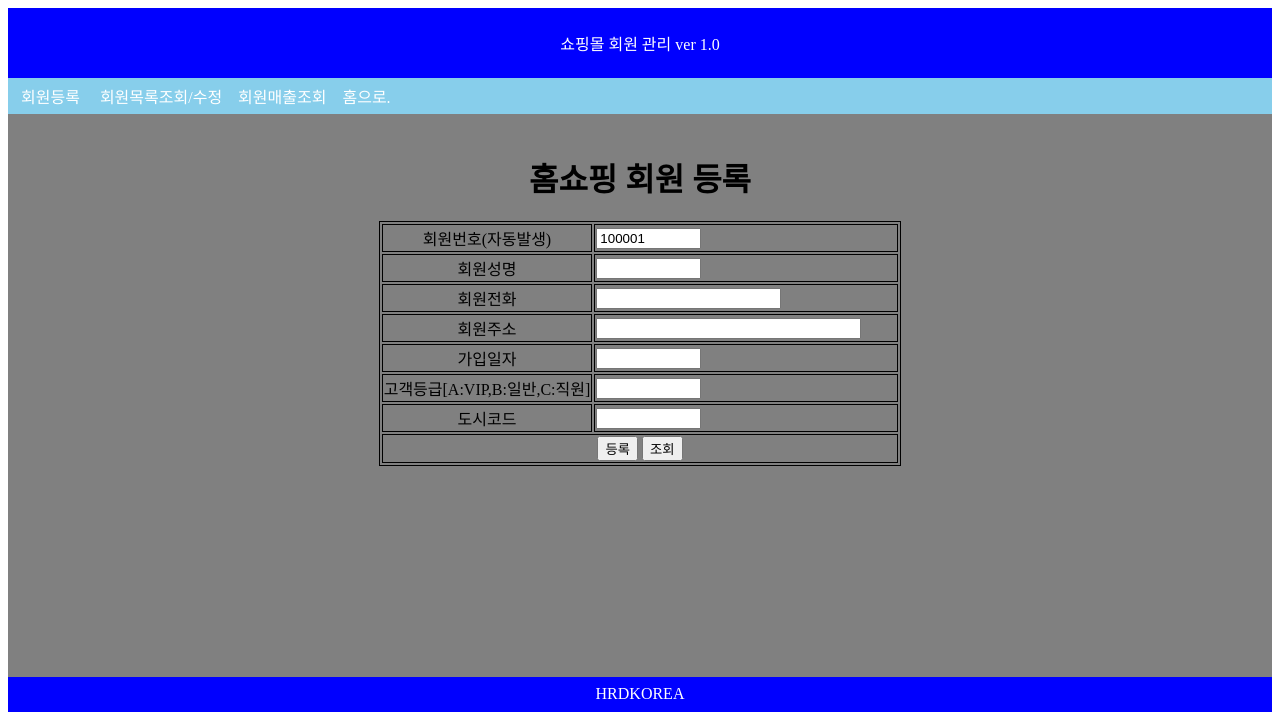
Repository: choigobin/Programming
Page: http://localhost/HRD_1118/insert.jsp
An editor plug-in stored every save of this project. The page is shown before and after the next save, followed by the edit.
The browser window is 1280 px wide. The pictures show the whole page.
The page is served by Tomcat 9. Queries for data that is not in the repository find no rows.

Above is the page before, as saved 2019-11-18 07:54:04.

### YangJung/workspace/HRD_1118/WebContent/insert.jsp
<%@page import="java.sql.SQLException"%>
<%@page import="java.sql.DriverManager"%>
<%@page import="java.sql.ResultSet"%>
<%@page import="java.sql.PreparedStatement"%>
<%@page import="java.sql.Connection"%>
<%@ page language="java" contentType="text/html; charset=UTF-8"
    pageEncoding="UTF-8"%>
<html>
<head>
<%
Connection conn = null;
PreparedStatement pstmt = null;
ResultSet rs = null;
request.setCharacterEncoding("utf-8");
Class.forName("oracle.jdbc.OracleDriver");
conn = DriverManager.getConnection("jdbc:oracle:thin:@//localhost:1521/testdb", "scott", "1234");
int x = 100001;
try{
	String sql = "select count(1) from member_tbl_02";
	pstmt = conn.prepareStatement(sql);
	rs = pstmt.executeQuery();
	if(rs.next()){
		x=x+rs.getInt(1);
	}
}catch(SQLException e){
	System.out.print(e.getMessage());
}finally{
	if(rs!=null) rs.close();
	if(pstmt!=null) pstmt.close();
	if(conn!=null) conn.close();
}
%>
<style>
#tb1{
	height: 100%; width:100%;
	border-collapse: collapse;
	border: solid 0px;
	}
#t1{
	border: solid 0px;
	}
tr,td{
	border: solid black 1px;
	}
#tb2{
	border-collapse: separate;
	border: solid black 1px;
	}
a{
	color: white;
	text-decoration: none;
}
</style>
<script type="text/javascript">
function check1() {
	if(document.form.custname.value==""){
		alert("회원 성명이 입력되지 않았습니다.");
		document.form.custname.focus();
	}
	else{
		document.form.submit;
	}
}

</script>
<meta charset="UTF-8">
<title>Insert title here</title>
</head>
<body>
<table id="tb1">
<jsp:include page="header.jsp"/>
<jsp:include page="nav.jsp"/>
<tr id="t1">
<td id="t1" valign="top" bgcolor="gray">
<br />
<h1 align="center">홈쇼핑 회원 등록</h1>
<form name="form" method="get" action="SQL_insert.jsp">
<table id="tb2" align="center">
<tr>
	<td style="text-align: center;">
		회원번호(자동발생)
	</td>
	<td width="300">
		<input type="text" size="10" name=custno value="<%=x%>">
	</td>
</tr>
<tr>
	<td style="text-align: center;">
		회원성명
	</td>
	<td>
		<input type="text" size="10" name=custname>
	</td>
</tr>
<tr>
	<td style="text-align: center;">
		회원전화
	</td>
	<td>
		<input type="text" size="20" name=phone>
	</td>
</tr>
<tr>
	<td style="text-align: center;">
		회원주소
	</td>
	<td>
		<input type="text" size="30" name=address>
	</td>
</tr>
<tr>
	<td style="text-align: center;">
		가입일자
	</td>
	<td>
		<input type="text" size="10" name=joindate>
	</td>
</tr>
<tr>
	<td style="text-align: center;">
		고객등급[A:VIP,B:일반,C:직원]
	</td>
	<td>
		<input type="text" size="10" name=grade>
	</td>
</tr>
<tr>
	<td style="text-align: center;">
		도시코드
	</td>
	<td>
		<input type="text" size="10" name=city>
	</td>
</tr>
<tr>
<td colspan="2" style="text-align: center;" >
	<input type="submit" value="등록" onclick="javascript:check1()">
	<input type="button" value="조회" onclick="location.href='SQL_select.jsp'">
</td>
</tr>
</table>
</form>
</td>
</tr>
<jsp:include page="footer.jsp"/>
</table>
</body>
</html>

### YangJung/workspace/HRD_1118/WebContent/header.jsp
<%@ page language="java" contentType="text/html; charset=UTF-8"
    pageEncoding="UTF-8"%>
<tr id="t1" height="10%">
<td id="t1" bgcolor="blue" align="center">
<span style="color: white; font-size:'20px';">쇼핑몰 회원 관리 ver 1.0</span>
</td>
</tr>

### YangJung/workspace/HRD_1118/WebContent/nav.jsp
<%@ page language="java" contentType="text/html; charset=UTF-8"
    pageEncoding="UTF-8"%>
<tr id="t1" height="5%">
<td id="t1" bgcolor="skyblue" align="left">
<span style="color: white;">&nbsp&nbsp
	<a href="insert.jsp">회원등록</a> &nbsp&nbsp&nbsp
	<a href="SQL_select.jsp">회원목록조회/수정</a>&nbsp&nbsp&nbsp
	<a href="#">회원매출조회</a>&nbsp&nbsp&nbsp
	<a href="index.jsp">홈으로.</a>&nbsp&nbsp&nbsp
</span>
</td>
</tr>

### YangJung/workspace/HRD_1118/WebContent/footer.jsp
<%@ page language="java" contentType="text/html; charset=UTF-8"
    pageEncoding="UTF-8"%>
<tr id="t1" height="5%">
<td id="t1" bgcolor="blue" align="center">
<span style="color: white;">HRDKOREA</span>
</td>
</tr>

After the next save:
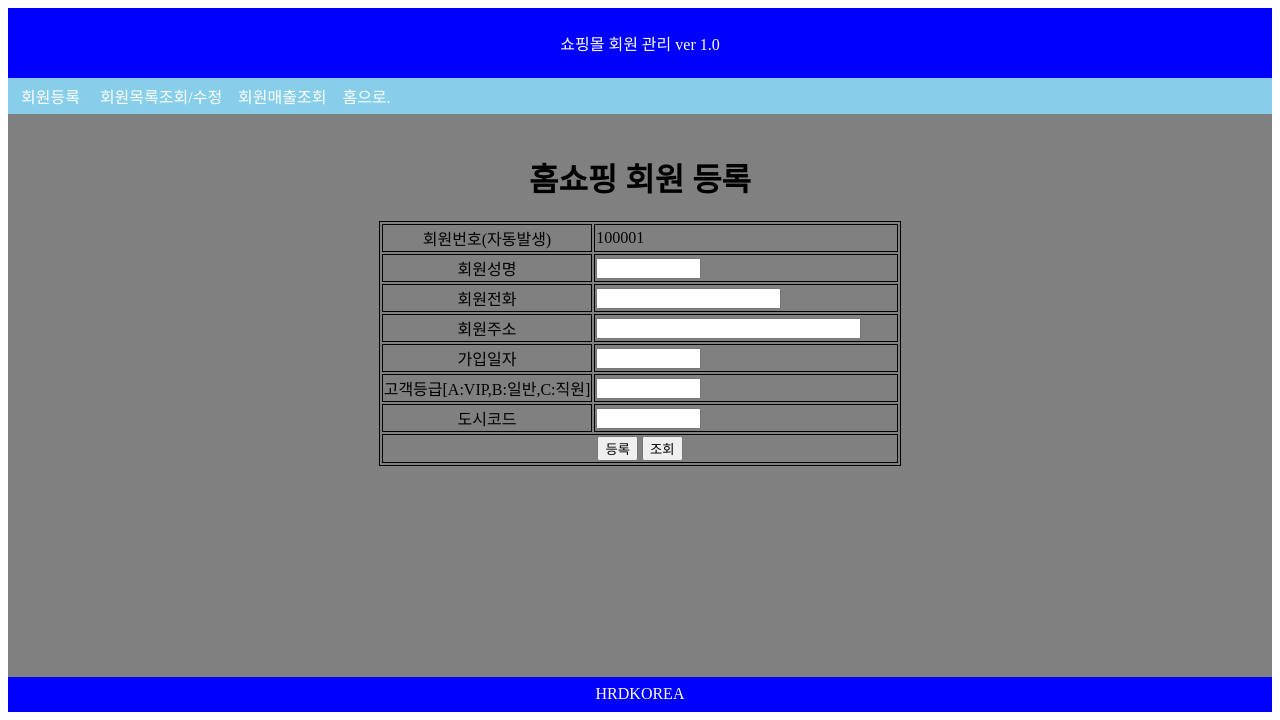
Saved 2 min 7 s later.
--- a/YangJung/workspace/HRD_1118/WebContent/insert.jsp
+++ b/YangJung/workspace/HRD_1118/WebContent/insert.jsp
@@ -81,7 +81,7 @@ function check1() {
 		회원번호(자동발생)
 	</td>
 	<td width="300">
-		<input type="text" size="10" name=custno value="<%=x%>">
+		<%=x%>
 	</td>
 </tr>
 <tr>
